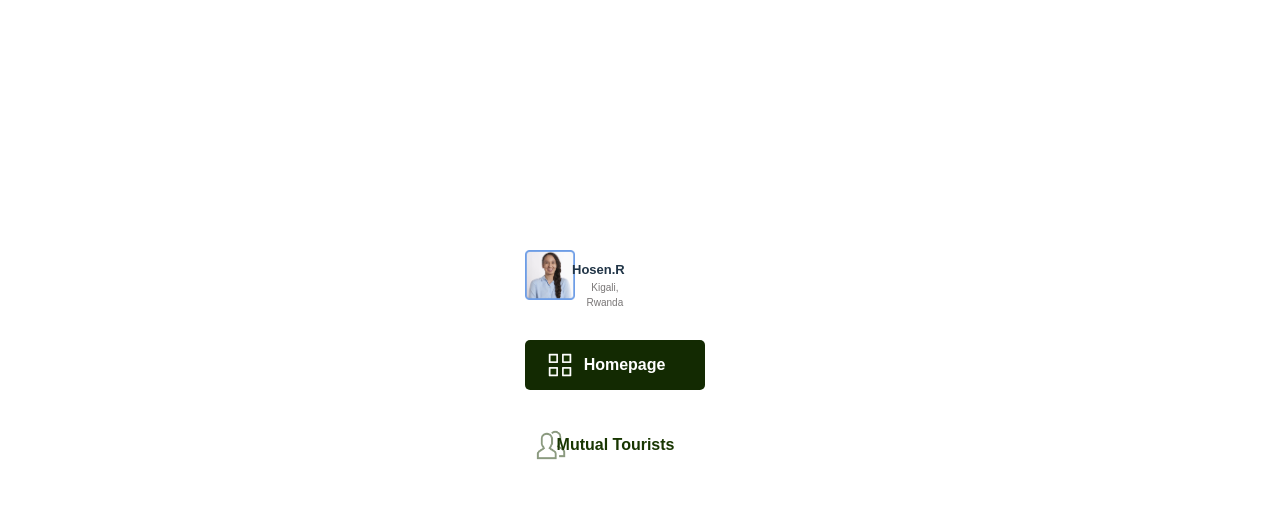
Repository: Auda-frontend/Kenshikeza
Page: /
These files come from the project's save history. The page is drawn as it stood at one moment and after a run of saves; the edit follows.
The browser window is 1280 px wide. The pictures show the whole page.
The project was rebuilt for these pictures with package versions that can differ from the ones it lists, and the page was loaded fresh each time. Also part of the build but not shown: vite.config.js.

Above is the page before, as saved 2024-01-25 09:58:03.

After the next 2 saves:
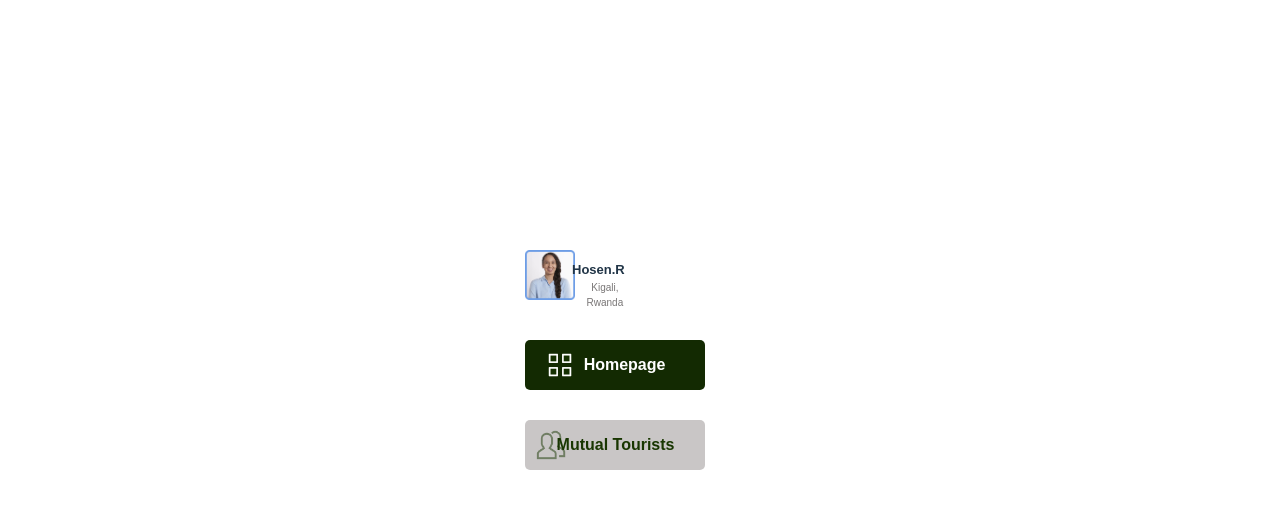
The 2 saves are shown as one change because they came seconds apart.
The last was saved 45 s later.
--- a/src/Components/SideBar.css
+++ b/src/Components/SideBar.css
@@ -62,7 +62,7 @@ justify-content: space-around;
     margin-left: -70px;
 }
 .mutual{
-background-color: #fff;
+background-color: #c9c6c6;
 width: 180px;
 height: 50px;
 display: flex;
